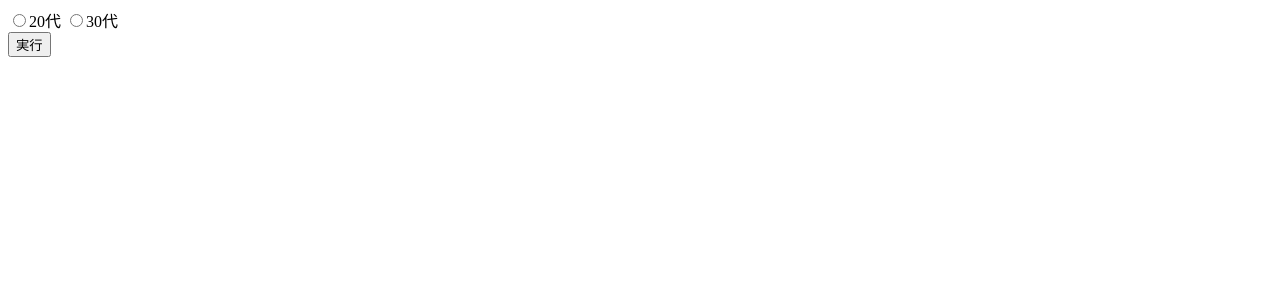
Repository: hikidayuki/samurai_HTML-CSS
Page: garvvage.html
The author's editor kept a record of every edit. The page is drawn from the files as they stood at one moment, then again after the next edit.
The browser window is 1280 px wide. The pictures show the whole page.

Above is the page before.

### garvvage.html
<!DOCTYPE html>
<html lang="ja">
<head>
    <meta charset="UTF-8">
     <title>Document</title>
</head>
<body>
    <form id ="form1">
    <div>
    <list><input type ="radio" name ="age"　value ="20">20代</list>
    <list><input type ="radio" name ="age" value = "30">30代</list>
    </div>
    </form>
    <button id = btn>実行</button>
    <script>
     const btn = document.getElementById('btn');
    btn.addEventListener('click',()=>{
     const data1 = document.forms.form1;
     console.log(data1.age.value);


    /* data2.kind.forEach((el)=>{
     if(el.checked){
     console.log(el.value);
     }  //if

     }) ; //data2 */
    } );//addEventListener



    </script>
</body>
</html>

After the next edit:
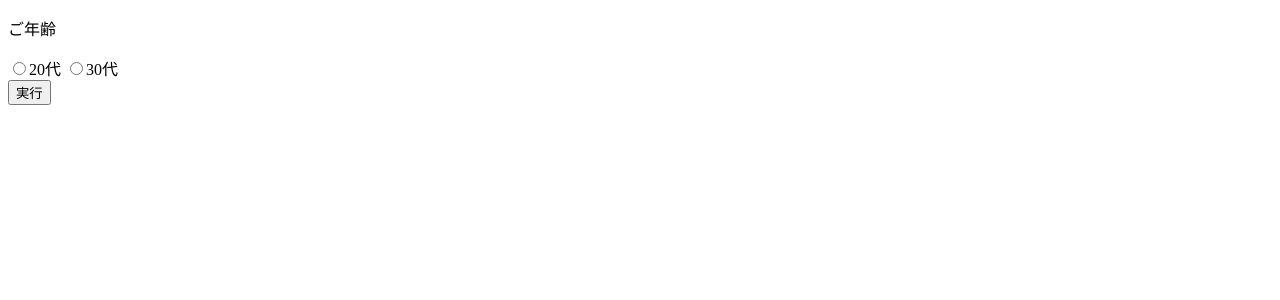
The edit:
--- a/garvvage.html
+++ b/garvvage.html
@@ -7,6 +7,7 @@
 <body>
     <form id ="form1">
     <div>
+    <p>ご年齢</p>
     <list><input type ="radio" name ="age"　value ="20">20代</list>
     <list><input type ="radio" name ="age" value = "30">30代</list>
     </div>
